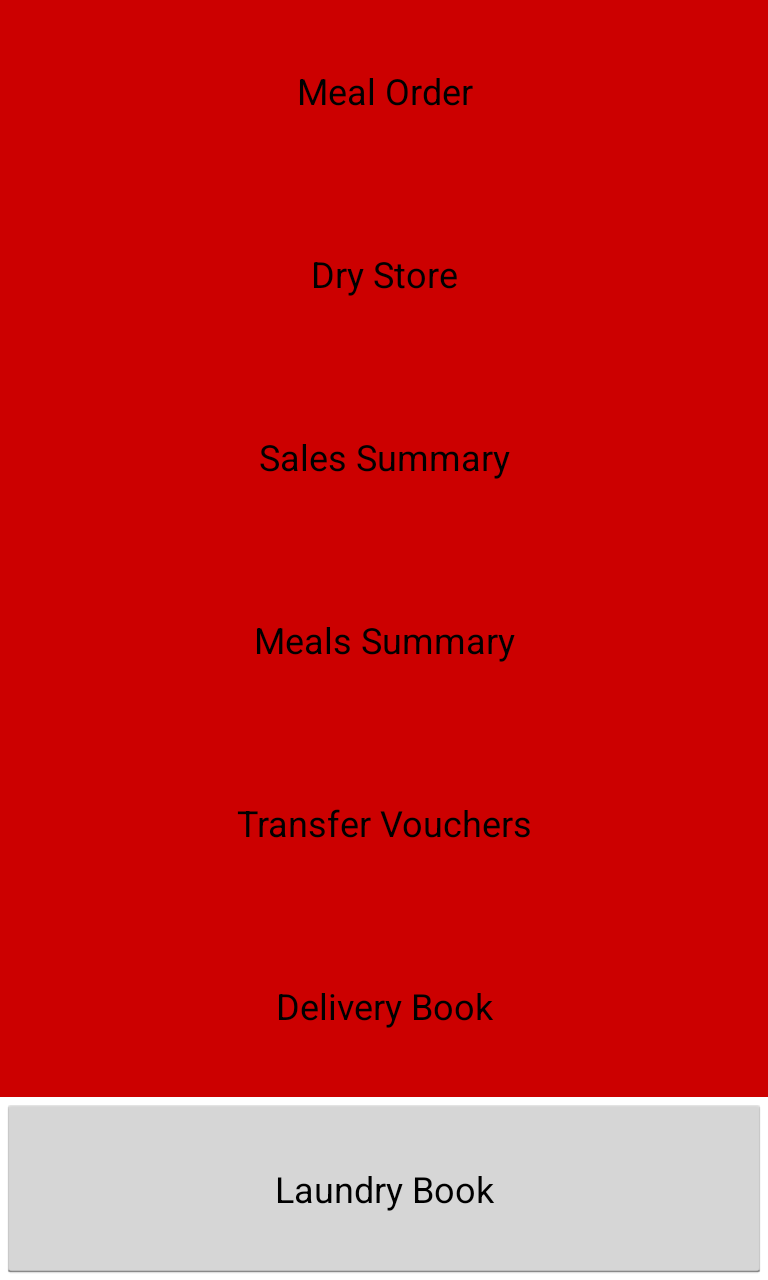
Repository: erwasambo/greendevelopment
Layout: GreenDevelopment/NASCuisine/res/layout/admindash.xml
An editor plug-in stored every save of this project. The layout is shown before and after the next save, followed by the edit.
It is drawn on a 768 x 1280 px phone screen (xhdpi) without system bars, with theme AppTheme; the app's code is not run.

Above is the layout before, as saved 2013-12-03 03:56:15.

After the next save:
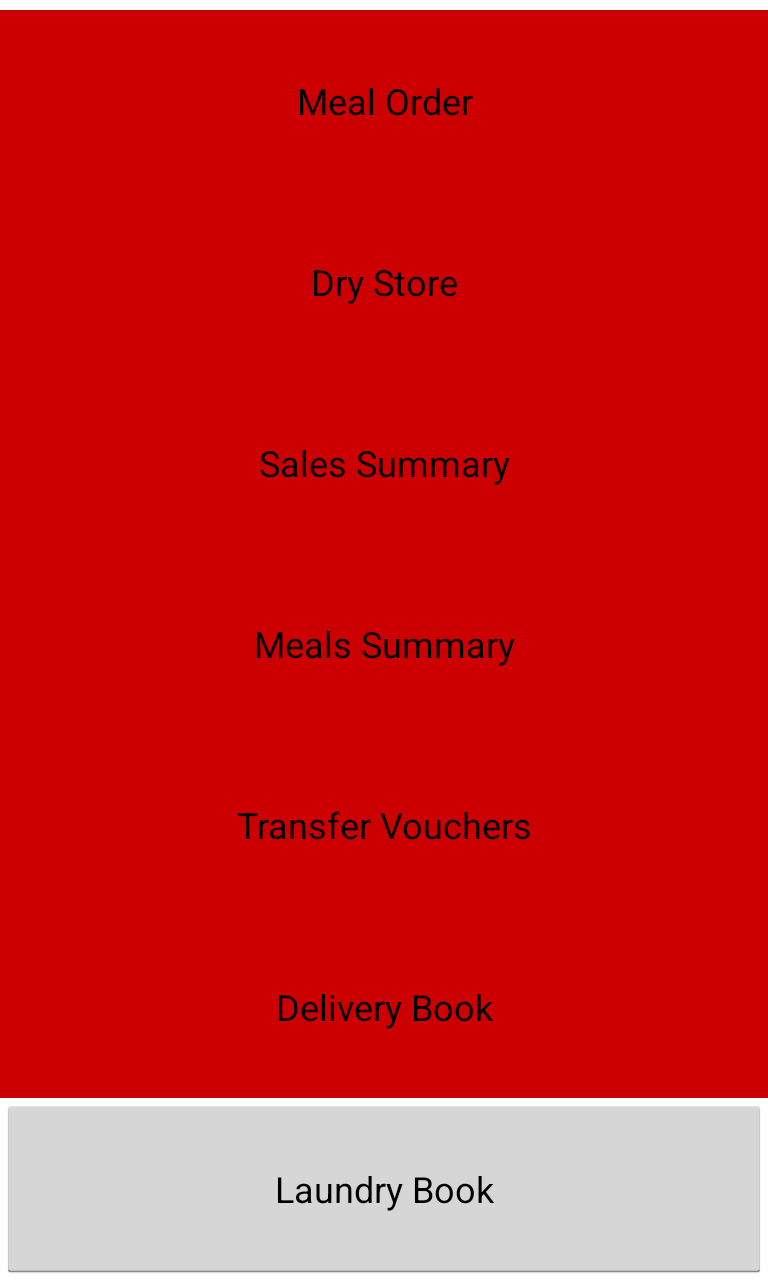
Saved 37 s later.
--- a/GreenDevelopment/NASCuisine/res/layout/admindash.xml
+++ b/GreenDevelopment/NASCuisine/res/layout/admindash.xml
@@ -10,6 +10,7 @@
         android:layout_height="0dp"
         android:layout_weight="1"
         android:background="@color/purple"
+        android:layout_marginTop="5dp"
         android:text="@string/mealord" />
 
     <Button
